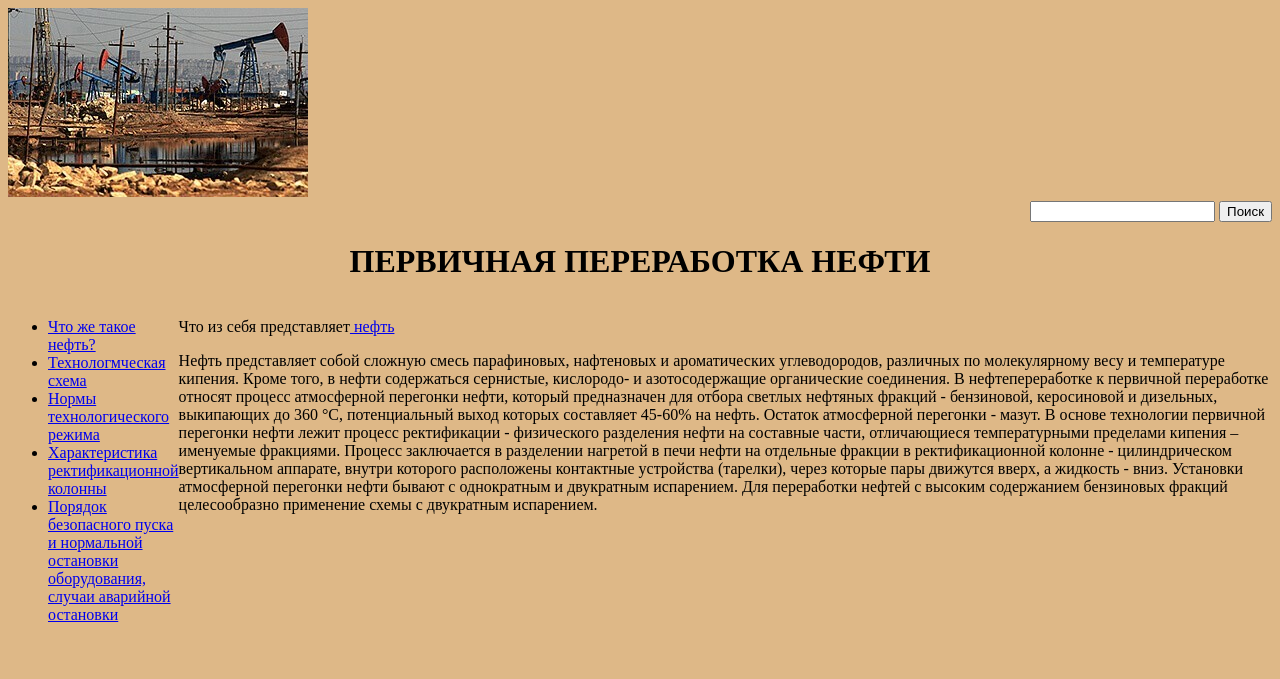
Repository: NastyaSeleznev/NastyaSeleznev.githab.io
Page: week1/nevti.html
The author's editor kept a record of every edit. The page is drawn from the files as they stood at one moment, then again after the next edit.
The browser window is 1280 px wide. The pictures show the whole page.

Above is the page before.

### week1/nevti.html
<!doctype html>
	<html>
		<head>
			<meta charset="utf-8">
			<link href="style.css" rel="stylesheet">
			<title>Что же такое нефть?</title>
		</head>
		<div>
		<body>
			<header>
		<img src="dobycha-nefti.jpg">
			<form action="https://www.google.com/search" method="get" align="right">
  <input type="Искать здесь..." name="search">
  <input type="submit" value="Поиск">
</form>
<h1 align="center">ПЕРВИЧНАЯ ПЕРЕРАБОТКА НЕФТИ</h1>
			</header>
			<div id="flex"
			<nav>
			<ul>
	<li><a href="nevti.html">Что же такое нефть?</a></li>
	<li><a href="sxem.html">Технологмческая схема</a></li>
	<li><a href="norm.html">Нормы технологического режима</a></li>
	<li><a href="harakter.html">Характеристика ректификационной колонны</a></li>
	<li><a href="por.html">Порядок безопасного пуска и нормальной остановки оборудования, случаи аварийной остановки</a></li>
	</ul>
	</nav>
	<main>
			<p>Что из себя представляет<a href="https://ds05.infourok.ru/uploads/ex/0812/00043a49-b484ae19/img16.jpg"> нефть</a></p>
			Нефть представляет собой сложную смесь парафиновых, нафтеновых и ароматических углеводородов, различных по молекулярному весу и температуре кипения. Кроме того, в нефти содержаться сернистые, кислородо- и азотосодержащие органические соединения.
В нефтепереработке к первичной переработке относят процесс атмосферной перегонки нефти, который предназначен для отбора светлых нефтяных фракций - бензиновой, керосиновой и дизельных, выкипающих до 360 °С, потенциальный выход которых составляет 45-60% на нефть. Остаток атмосферной перегонки - мазут.
В основе технологии первичной перегонки нефти лежит процесс ректификации - физического разделения нефти на составные части, отличающиеся температурными пределами кипения – именуемые фракциями.
Процесс заключается в разделении нагретой в печи нефти на отдельные фракции в ректификационной колонне - цилиндрическом вертикальном аппарате, внутри которого расположены контактные устройства (тарелки), через которые пары движутся вверх, а жидкость - вниз.
Установки атмосферной перегонки нефти бывают с однократным и двукратным испарением. Для переработки нефтей с высоким содержанием бензиновых фракций целесообразно применение схемы с двукратным испарением.

			</main>
			</div>
		</body>
	</html>

### week1/style.css
body {
  background-color: #DEB887;
}
#flex {
  display: flex;
  flex-direction: row;
  justify-content: flex-start;
}

nav {
     background-color: #DA70D6;
}

After the next edit:
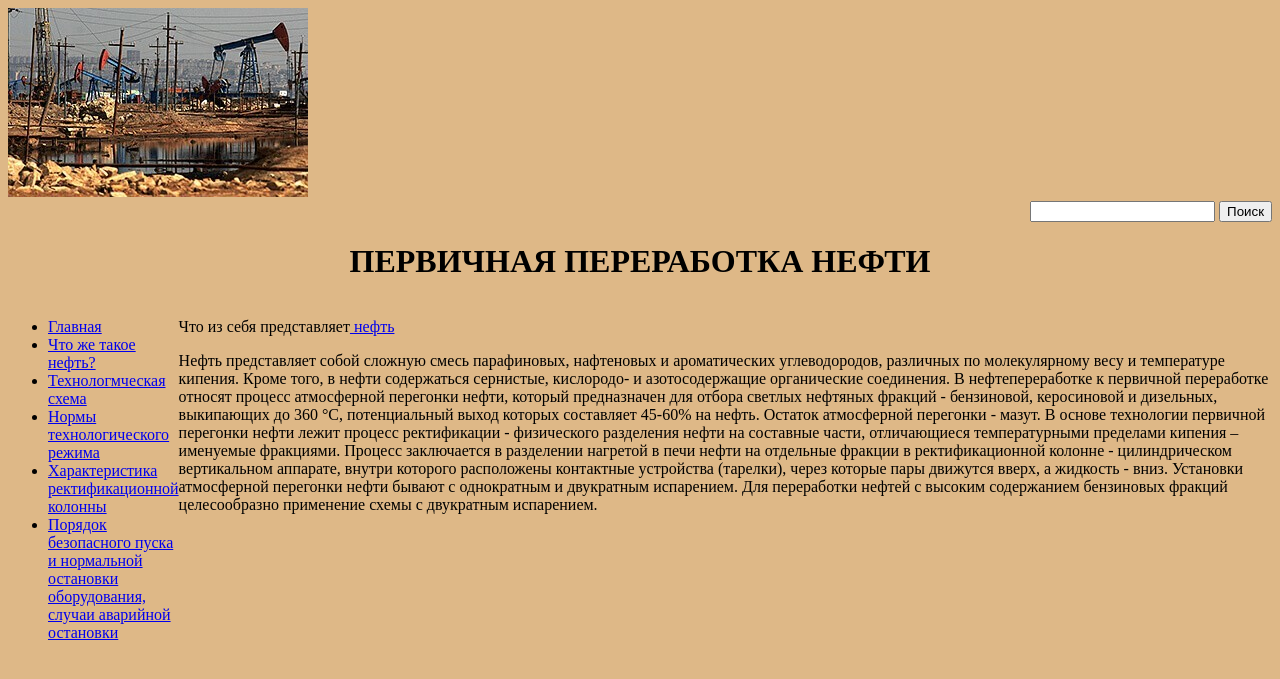
The edit:
--- a/week1/nevti.html
+++ b/week1/nevti.html
@@ -18,6 +18,7 @@
 			<div id="flex"
 			<nav>
 			<ul>
+	<li><a href="index.html">Главная</a></li>
 	<li><a href="nevti.html">Что же такое нефть?</a></li>
 	<li><a href="sxem.html">Технологмческая схема</a></li>
 	<li><a href="norm.html">Нормы технологического режима</a></li>
